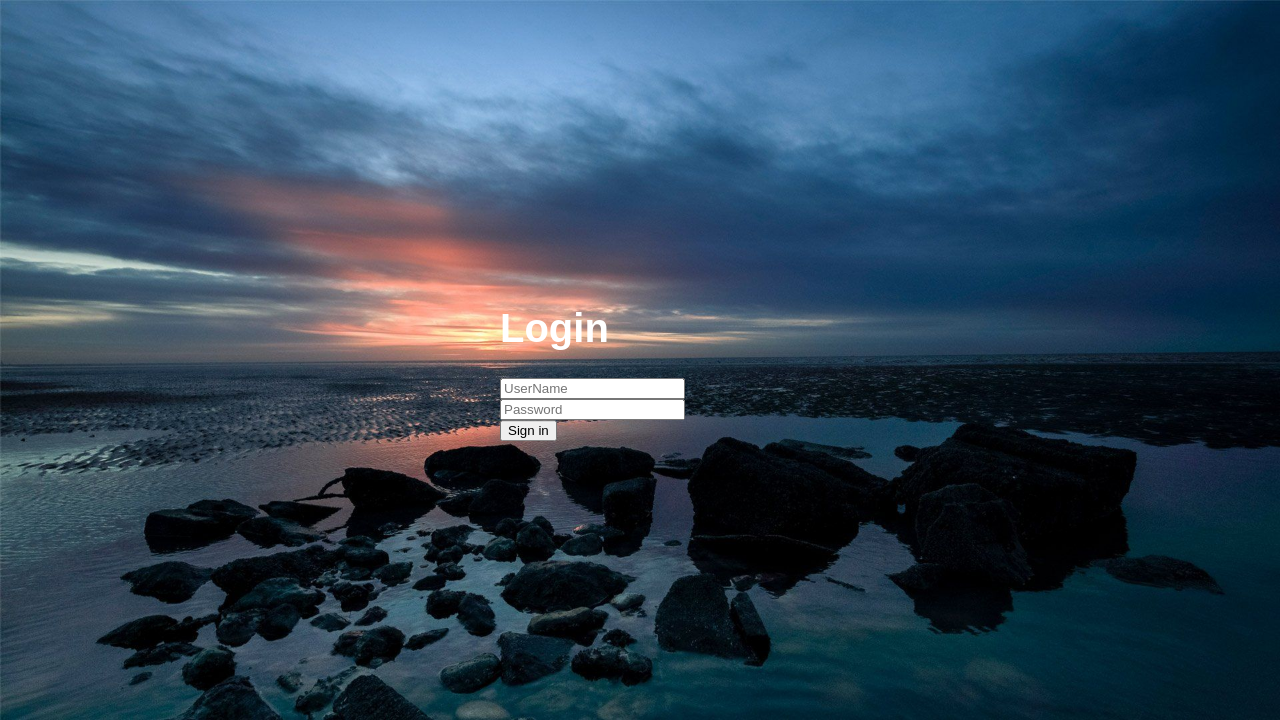
Repository: Berilinanir/Login-Logout-System
Page: Loginn/WebContent/login.html
An editor plug-in stored every save of this project. The page is shown before and after the next save, followed by the edit.
The browser window is 1280 px wide. The pictures show the whole page.

Above is the page before, as saved 2018-10-13 12:49:57.

### Loginn/WebContent/login.html
<!DOCTYPE html>
<html>
<head>
<meta charset="UTF-8">

<title>Login Form</title>

<link rel="stylesheet" href="style2.css">

</head>
<body>

 <form method="post" action="Login">


 <div class="login-box">

 <h1>Login</h1>

 <div class="textbox">

  <input type="text" placeholder="UserName"  name="" value="">

 </div>

 <div class="textbox">

  <input type="password" placeholder="Password"  name="" value="">

 </div>

 <input class="btn" type="button"  name="" value="Sign in">

 </form>
</body>
</html>

### Loginn/WebContent/style2.css
@charset "UTF-8";

body{

	margin:0;
	padding:0;
	font-family:sans-serif;
	background:url("resim4.jpg") no-repeat;
	background-size:cover;

}

.login-box{

	  width:280px;
	  position:absolute;
	  top:50%;
	  left:50%;
	  transform:translate(-50%,-50%);
	  color:white;

}

.login-box h1{

	 float:left;
	 font-size:40px;


}

After the next save:
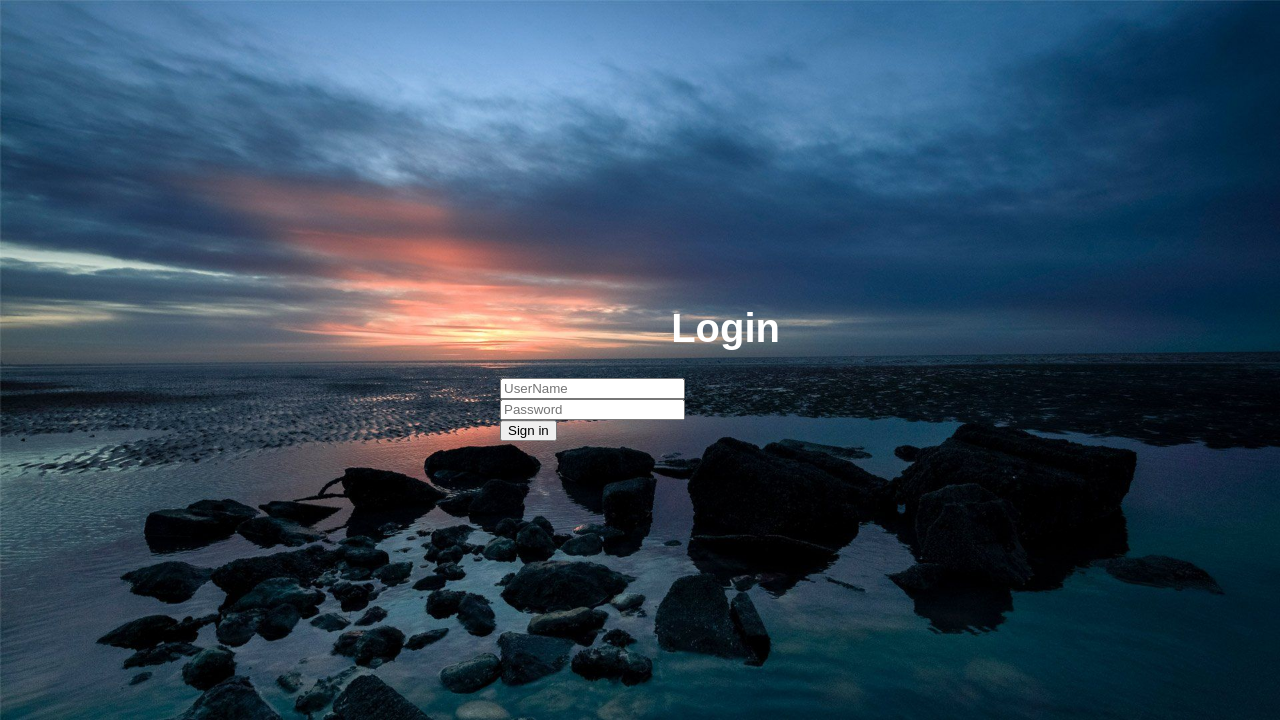
Saved 30 s later.
--- a/Loginn/WebContent/style2.css
+++ b/Loginn/WebContent/style2.css
@@ -23,7 +23,7 @@
 
 .login-box h1{
 
-	 float:left;
+	 float:right;
 	 font-size:40px;
 
 

After the save that followed:
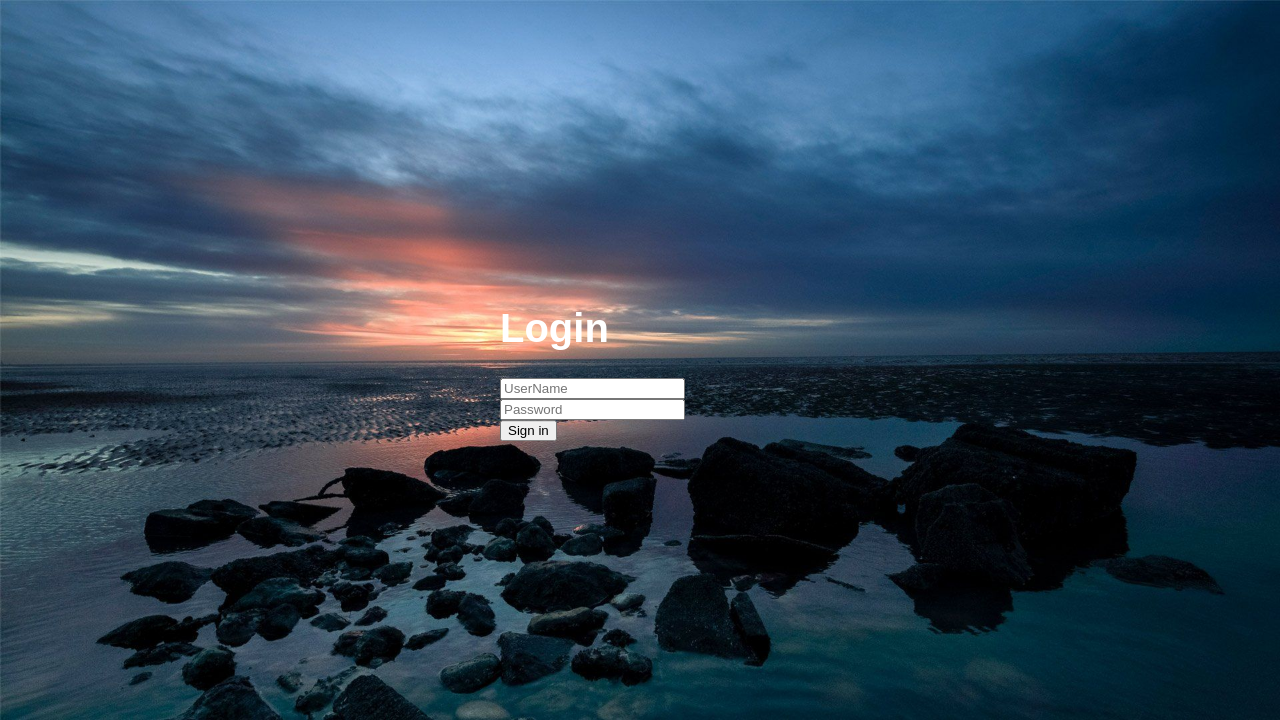
Saved 33 s later.
--- a/Loginn/WebContent/style2.css
+++ b/Loginn/WebContent/style2.css
@@ -23,7 +23,7 @@
 
 .login-box h1{
 
-	 float:right;
+	 float:inherit;
 	 font-size:40px;
 
 
